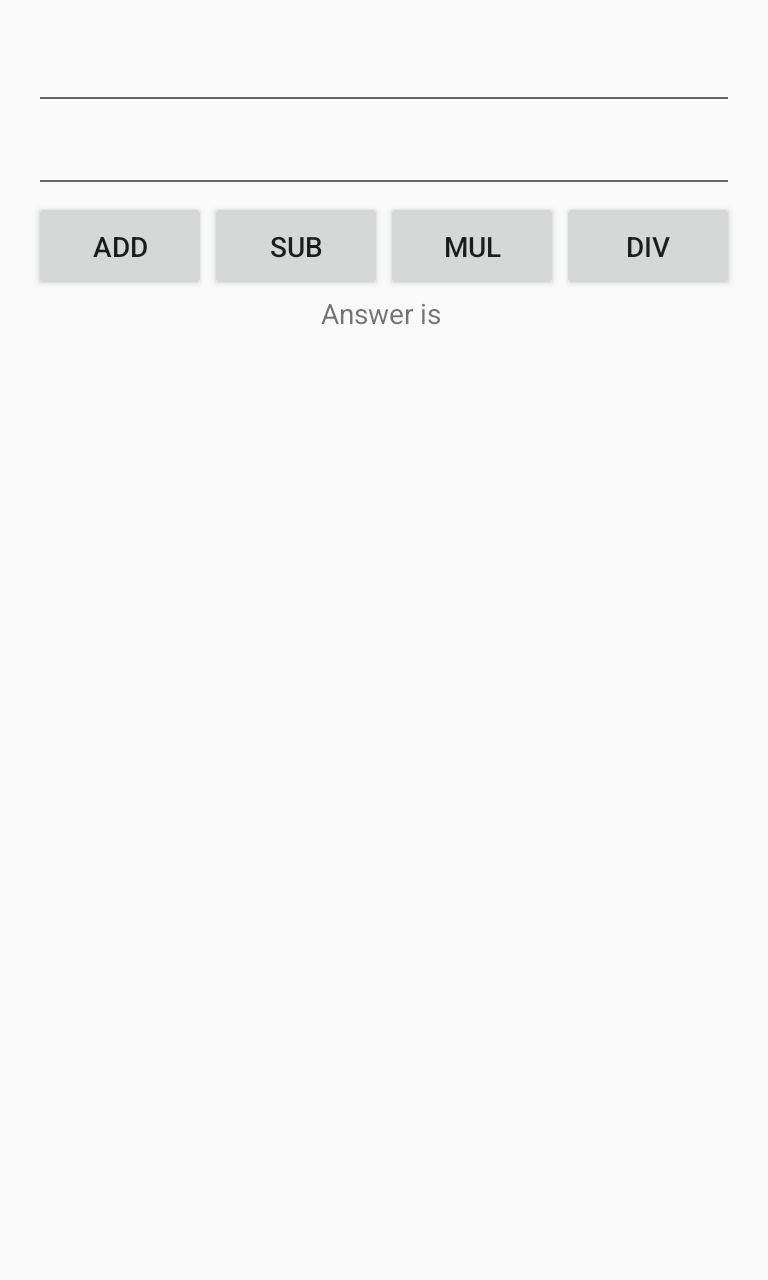
Repository: tamilkarun/Android
Layout: Calc/res/layout/fragment_main.xml
An editor plug-in stored every save of this project. The layout is shown before and after the next save, followed by the edit.
It is drawn on a 768 x 1280 px phone screen (xhdpi) without system bars, with theme AppTheme; the app's code is not run.

Above is the layout before, as saved 2014-05-06 21:29:42.

After the next save:
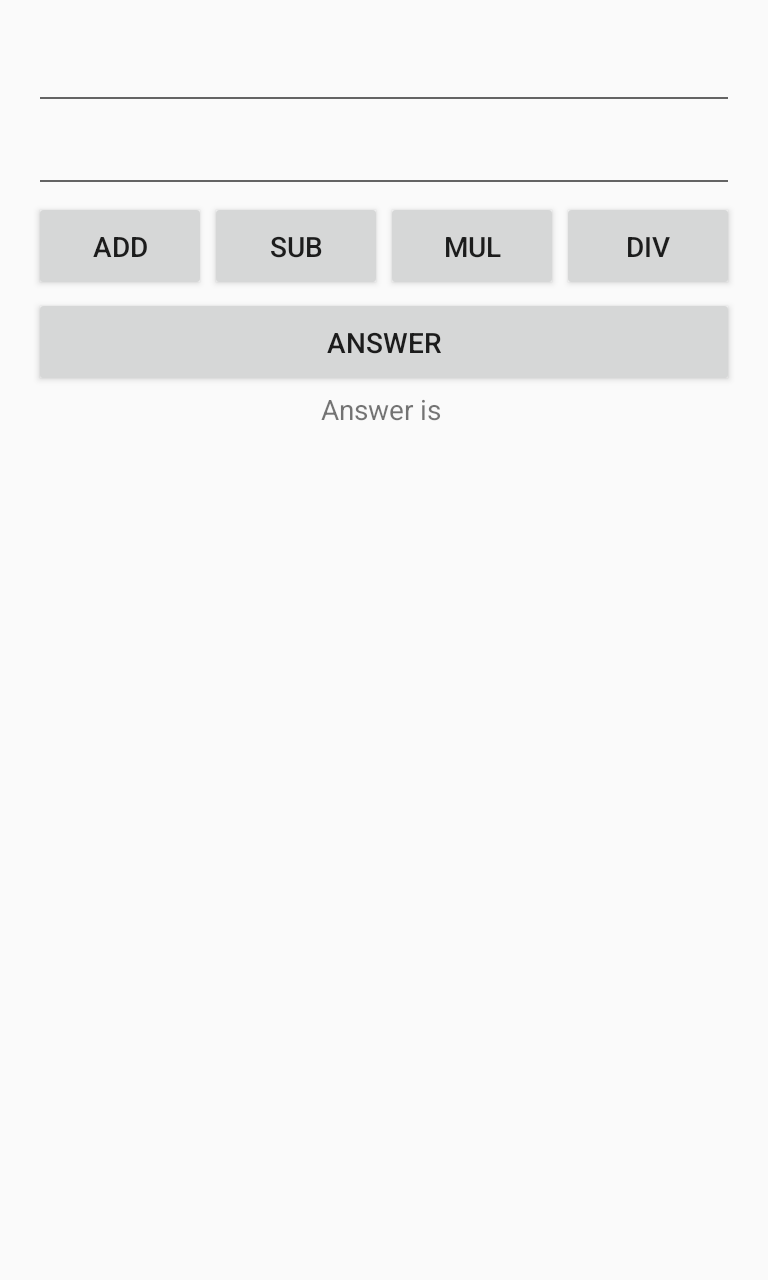
Saved 63 min 44 s later.
--- a/Calc/res/layout/fragment_main.xml
+++ b/Calc/res/layout/fragment_main.xml
@@ -69,6 +69,13 @@
 
 
     </LinearLayout>
+
+		<Button
+		    android:id="@+id/Answer"
+		    android:layout_width="fill_parent"
+		    android:layout_height="wrap_content"
+		    android:text="Answer" />
+
 <TextView
             android:id="@+id/AddResult"
             android:layout_width="fill_parent"

After the save that followed:
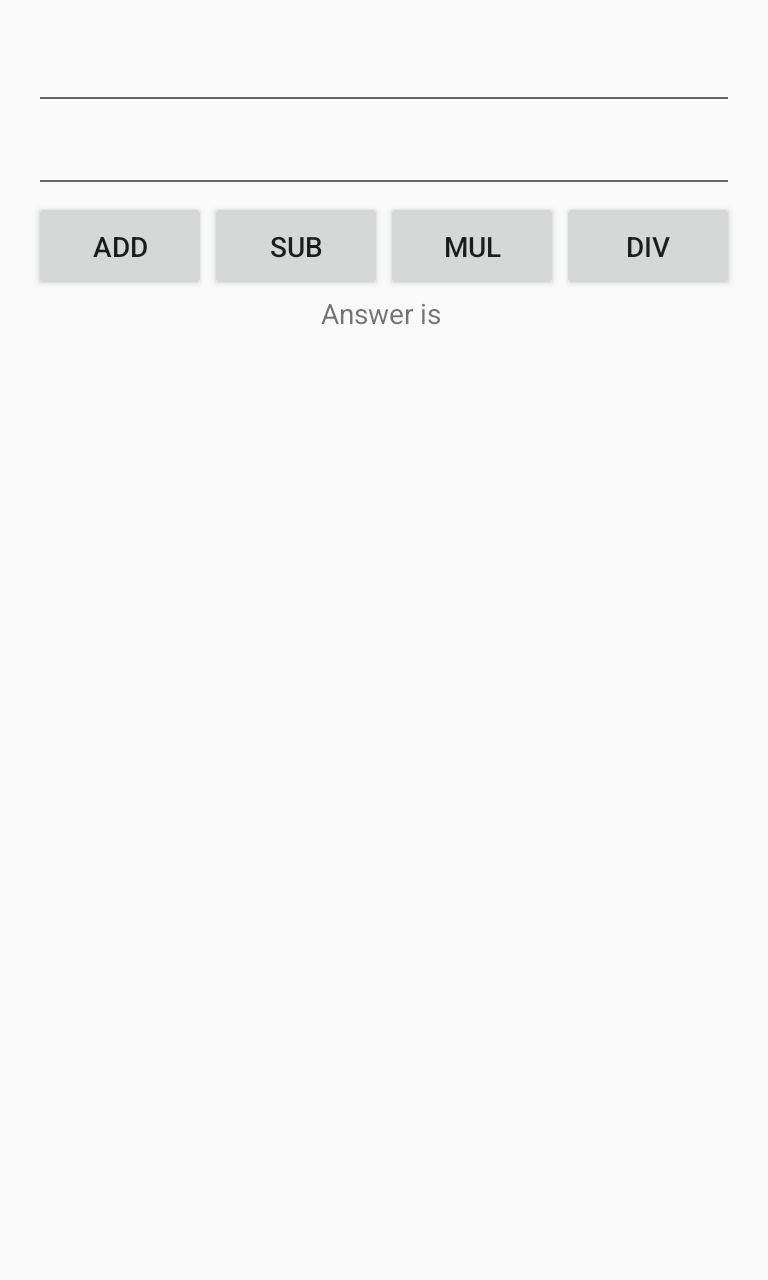
Saved 28 s later.
--- a/Calc/res/layout/fragment_main.xml
+++ b/Calc/res/layout/fragment_main.xml
@@ -70,11 +70,8 @@
 
     </LinearLayout>
 
-		<Button
-		    android:id="@+id/Answer"
-		    android:layout_width="fill_parent"
-		    android:layout_height="wrap_content"
-		    android:text="Answer" />
+
+
 
 <TextView
             android:id="@+id/AddResult"
